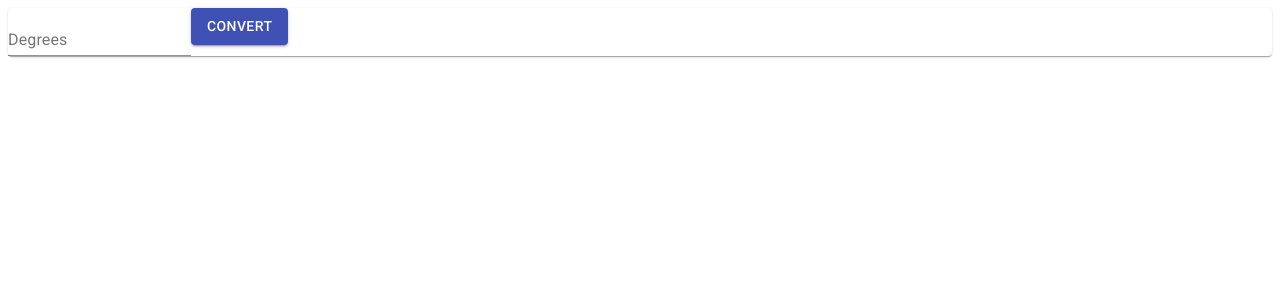
Repository: zum281/temperature-converter
Page: /
The author's editor kept a copy of each file at every save. The page is drawn from the files as they stood at one save, then again after the next save.
The browser window is 1280 px wide. The pictures show the whole page.
The project was rebuilt for these pictures with package versions that can differ from the ones it lists, and the page was loaded fresh each time. Also part of the build but not shown: src/index.css.

Above is the page before, as saved 2021-07-09 13:11:36.

### public/index.html
<!DOCTYPE html>
<html lang="en">

  <head>
    <meta charset="utf-8" />
    <link rel="icon" href="%PUBLIC_URL%/favicon.ico" />
    <meta name="viewport" content="width=device-width, initial-scale=1" />
    <meta name="theme-color" content="#000000" />
    <meta name="description" content="Web site created using create-react-app" />
    <link rel="apple-touch-icon" href="%PUBLIC_URL%/logo192.png" />
    <!--
      manifest.json provides metadata used when your web app is installed on a
      user's mobile device or desktop. See https://developers.google.com/web/fundamentals/web-app-manifest/
    -->
    <link rel="manifest" href="%PUBLIC_URL%/manifest.json" />
    <!--
      Notice the use of %PUBLIC_URL% in the tags above.
      It will be replaced with the URL of the `public` folder during the build.
      Only files inside the `public` folder can be referenced from the HTML.

      Unlike "/favicon.ico" or "favicon.ico", "%PUBLIC_URL%/favicon.ico" will
      work correctly both with client-side routing and a non-root public URL.
      Learn how to configure a non-root public URL by running `npm run build`.
    -->
    <link rel="stylesheet" href="https://fonts.googleapis.com/css?family=Roboto:300,400,500,700&display=swap" />
    <title>Temperature Converter</title>
  </head>

  <body>
    <noscript>You need to enable JavaScript to run this app.</noscript>
    <div id="root"></div>
    <!--
      This HTML file is a template.
      If you open it directly in the browser, you will see an empty page.

      You can add webfonts, meta tags, or analytics to this file.
      The build step will place the bundled scripts into the <body> tag.

      To begin the development, run `npm start` or `yarn start`.
      To create a production bundle, use `npm run build` or `yarn build`.
    -->
  </body>

</html>

### src/App.js
import { makeStyles } from "@material-ui/core/styles";
import {
    Paper,
    Button,
    Input,
    InputLabel,
    FormControl,
} from "@material-ui/core";

function App() {
    return (
        <div className="App">
            <Paper>
                <form noValidate autoComplete="off">
                    <FormControl>
                        <InputLabel htmlFor="degrees">Degrees</InputLabel>
                        <Input type="number" id="degrees" />
                    </FormControl>

                    <Button variant="contained" color="primary">
                        convert
                    </Button>
                </form>
            </Paper>
        </div>
    );
}

export default App;

Loaded but not shown: src/index.js (common file); src/index.css (no copy from this time; the picture is the same without it)

After the next save:
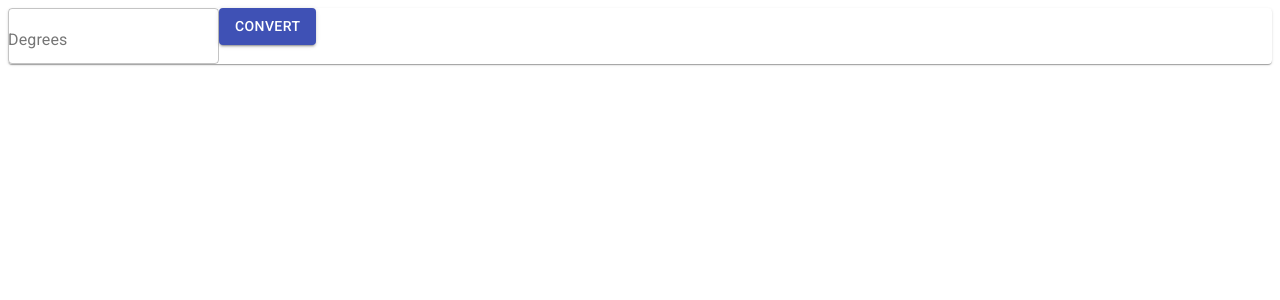
Saved 13 s later.
--- a/src/App.js
+++ b/src/App.js
@@ -2,7 +2,7 @@
 import {
     Paper,
     Button,
-    Input,
+    OutlinedInput,
     InputLabel,
     FormControl,
 } from "@material-ui/core";
@@ -14,7 +14,7 @@
                 <form noValidate autoComplete="off">
                     <FormControl>
                         <InputLabel htmlFor="degrees">Degrees</InputLabel>
-                        <Input type="number" id="degrees" />
+                        <OutlinedInput type="number" id="degrees" />
                     </FormControl>
 
                     <Button variant="contained" color="primary">
